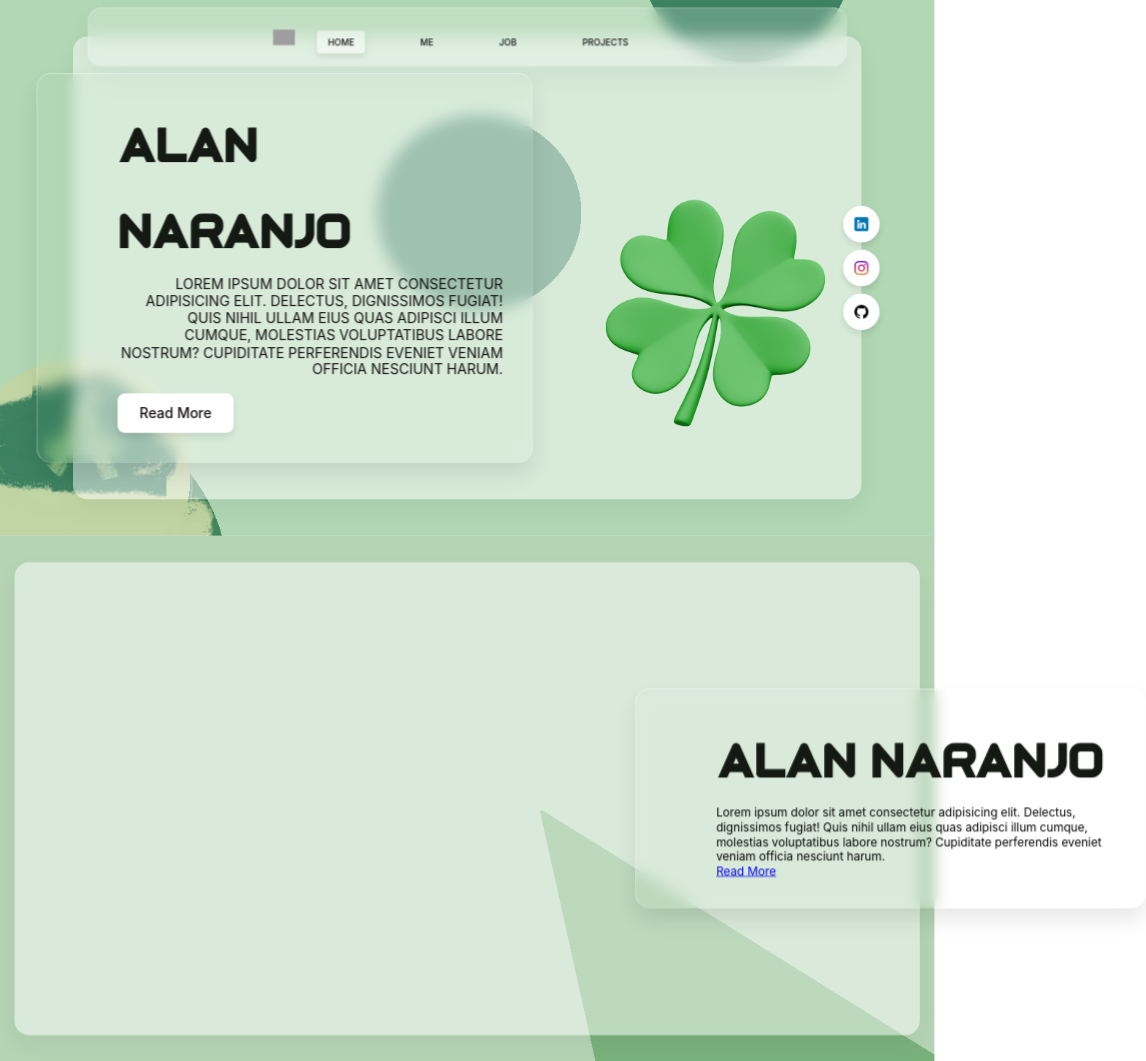
Repository: L-A-M-J-O/Me-sitio-Web
Page: / (app in my-project/)
The author's editor kept a copy of each file at every save. The page is drawn from the files as they stood at one save, then again after the next save.
The browser window is 1280 px wide. The page is 1570 px wide, then 1420 px, so the pictures cover 1570 px, including what lies to the right of the window. The pictures show the whole page, at 73% of full size.
Pictures or frames that could not be fetched are drawn as grey boxes. Backgrounds fixed to the window are drawn as part of the page. The project was rebuilt for these pictures with package versions that can differ from the ones it lists, and the page was loaded fresh each time.

Above is the page before, as saved 2022-09-20 16:07:04.

After the next save:
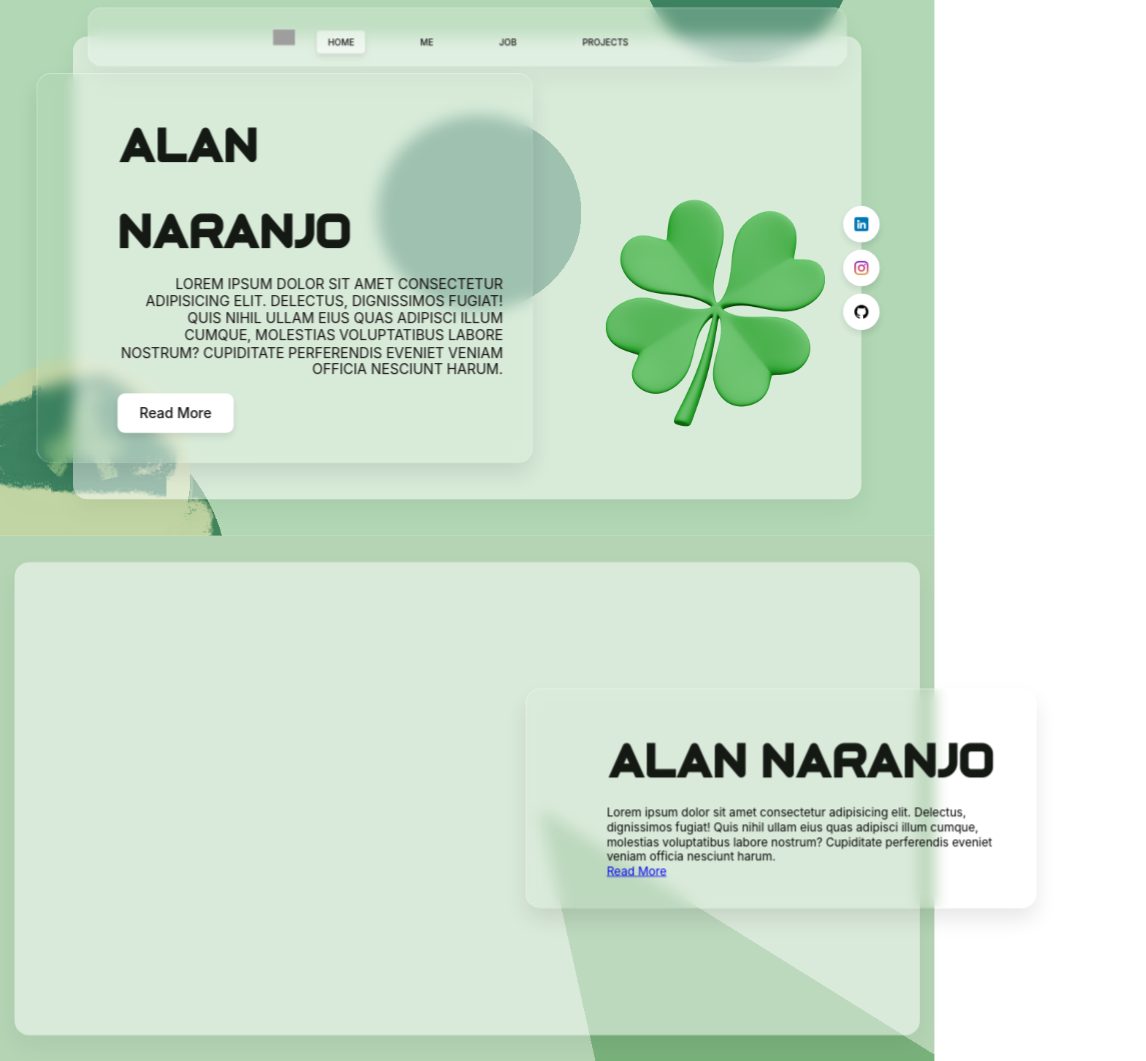
Saved 4 s later.
--- a/my-project/src/components/Me/Me.css
+++ b/my-project/src/components/Me/Me.css
@@ -22,7 +22,7 @@
 }
 
 .content-me {
-    transform: translateX(800px);
+    transform: translateX(650px);
     max-width: 700px;
     box-shadow:  0 15px 30px rgba(0, 0, 0, 0.1);
     border-radius: 20px;
